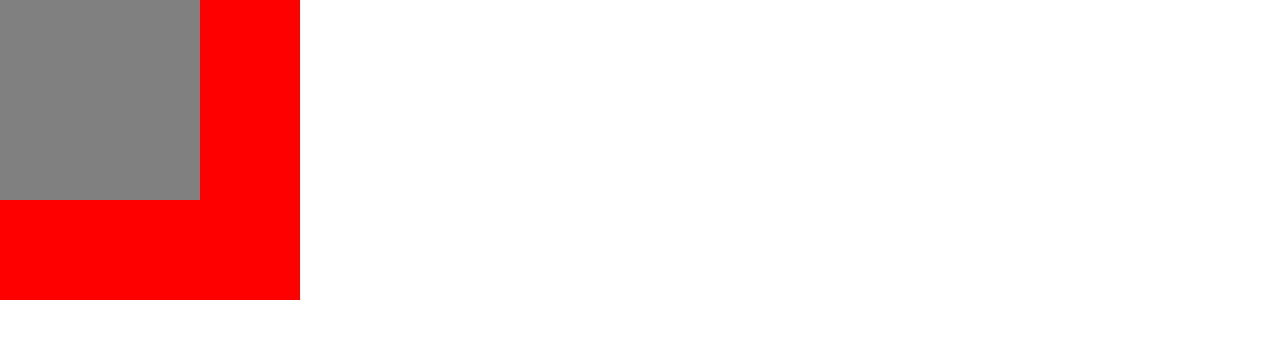
Repository: 2077Alex/Frond_End_Practice
Page: day05/00-课堂作业/20-综合案例二-新闻列表/p.html
The author's editor kept a copy of each file at every save. The page is drawn from the files as they stood at one save, then again after a run of saves.
The browser window is 1280 px wide. The pictures show the whole page.

Above is the page before, as saved 2024-06-05 18:49:10.

### day05/00-课堂作业/20-综合案例二-新闻列表/p.html
<!DOCTYPE html>
<html lang="en">
<head>
    <meta charset="UTF-8">
    <meta name="viewport" content="width=device-width, initial-scale=1.0">
    <title>Document</title>
    <style>
        *{
            margin: 0;
            padding: 0;
            box-sizing: border-box;
        }
        li{
            list-style: none;
        }
        .newBox{
            width: 300px;
            height: 300px;
            background-color: red;
        }
        .hBox{
            width: 200px;
            height: 200px;
            background-color: gray;
        }
        .bdBox{
            width: 1000px;
            bottom: 1000px;
            background-color: black;
        }
    </style>
</head>
<body>
    <div class="newBox">
        <div class="hBox">

        </div>

        <div class="bdBox">
            <p></p>
        </div>
    </div>
</body>
</html>

After the next 2 saves:
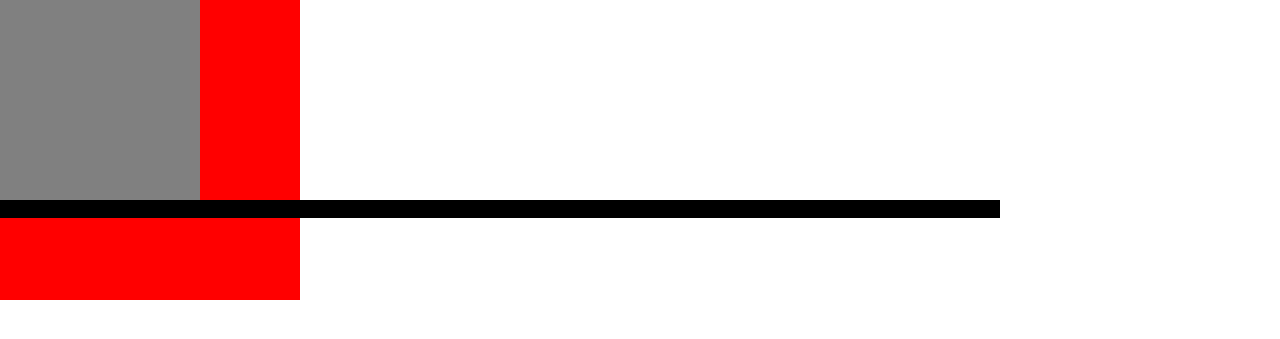
The 2 saves are shown as one change because they came seconds apart.
The last was saved 6 s later.
--- a/day05/00-课堂作业/20-综合案例二-新闻列表/p.html
+++ b/day05/00-课堂作业/20-综合案例二-新闻列表/p.html
@@ -37,7 +37,7 @@
         </div>
 
         <div class="bdBox">
-            <p></p>
+            <p>test</p>
         </div>
     </div>
 </body>
